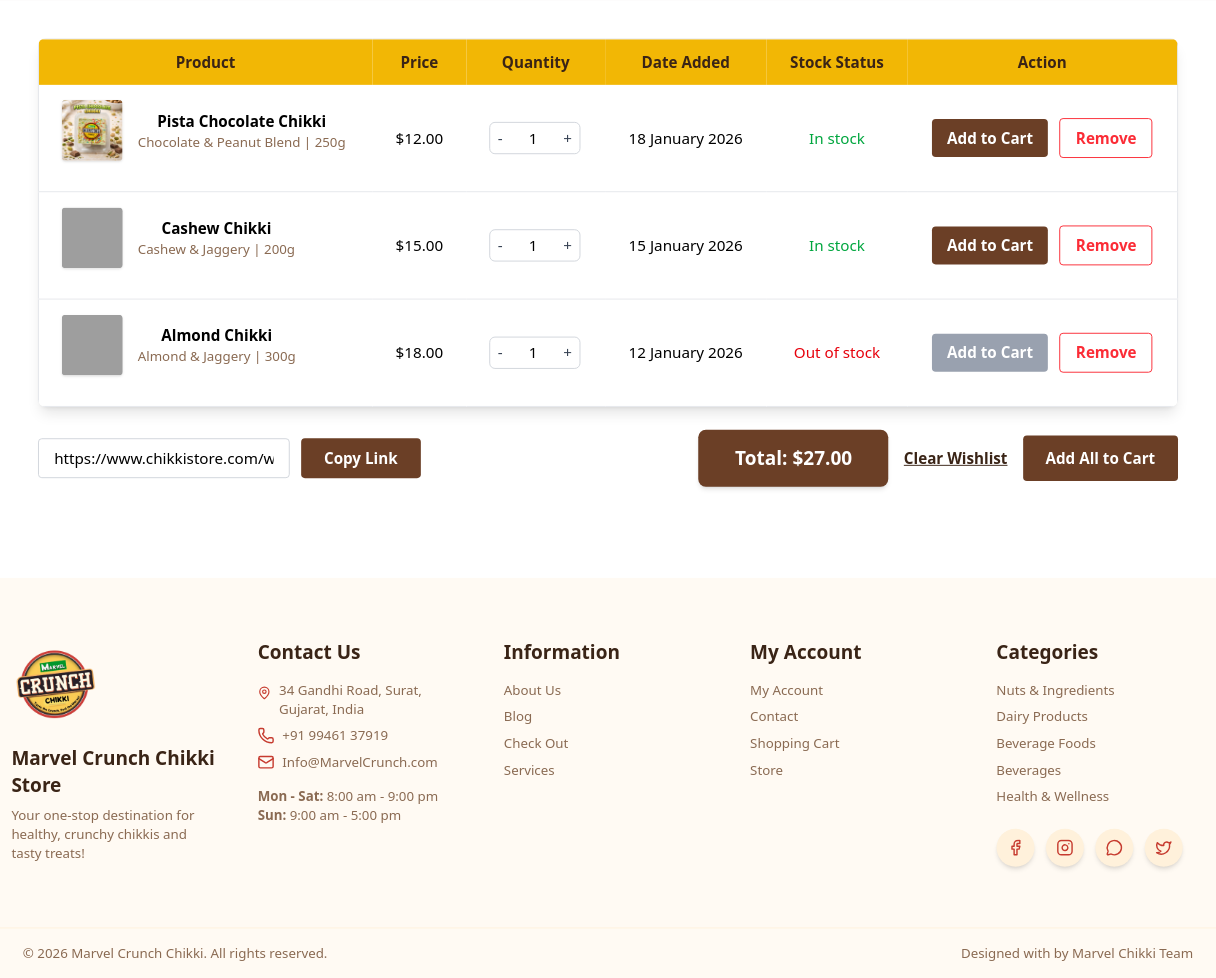
Repository: sita7411/sweet-website-frontend
Page: /wishlist (app in customer-website/)
The author's editor kept a copy of each file at every save. The page is drawn from the files as they stood at one save, then again after the next save.
The browser window is 1280 px wide. The pictures show the part of the page from y = 494 to 1523 px (the page is 1523 px tall), at 95% of full size.
Pictures or frames that could not be fetched are drawn as grey boxes. The project was rebuilt for these pictures with package versions that can differ from the ones it lists, and the page was loaded fresh each time. Also part of the build but not shown: customer-website/vite.config.js, customer-website/src/components/Herosection/Herosection.jsx, customer-website/src/components/FeaturesSection/FeaturesSection.jsx, customer-website/src/components/PopularItems/PopularItems.jsx, customer-website/src/components/AboutUs/AboutUs.jsx, customer-website/src/components/BestsellerSection/BestsellerSection.jsx, customer-website/src/components/OfferSection/OfferSection.jsx, customer-website/src/components/TestimonialsSection/TestimonialsSection.jsx and 6 more.

Above is the page before, as saved 2026-01-02 10:44:39.

After the next save:
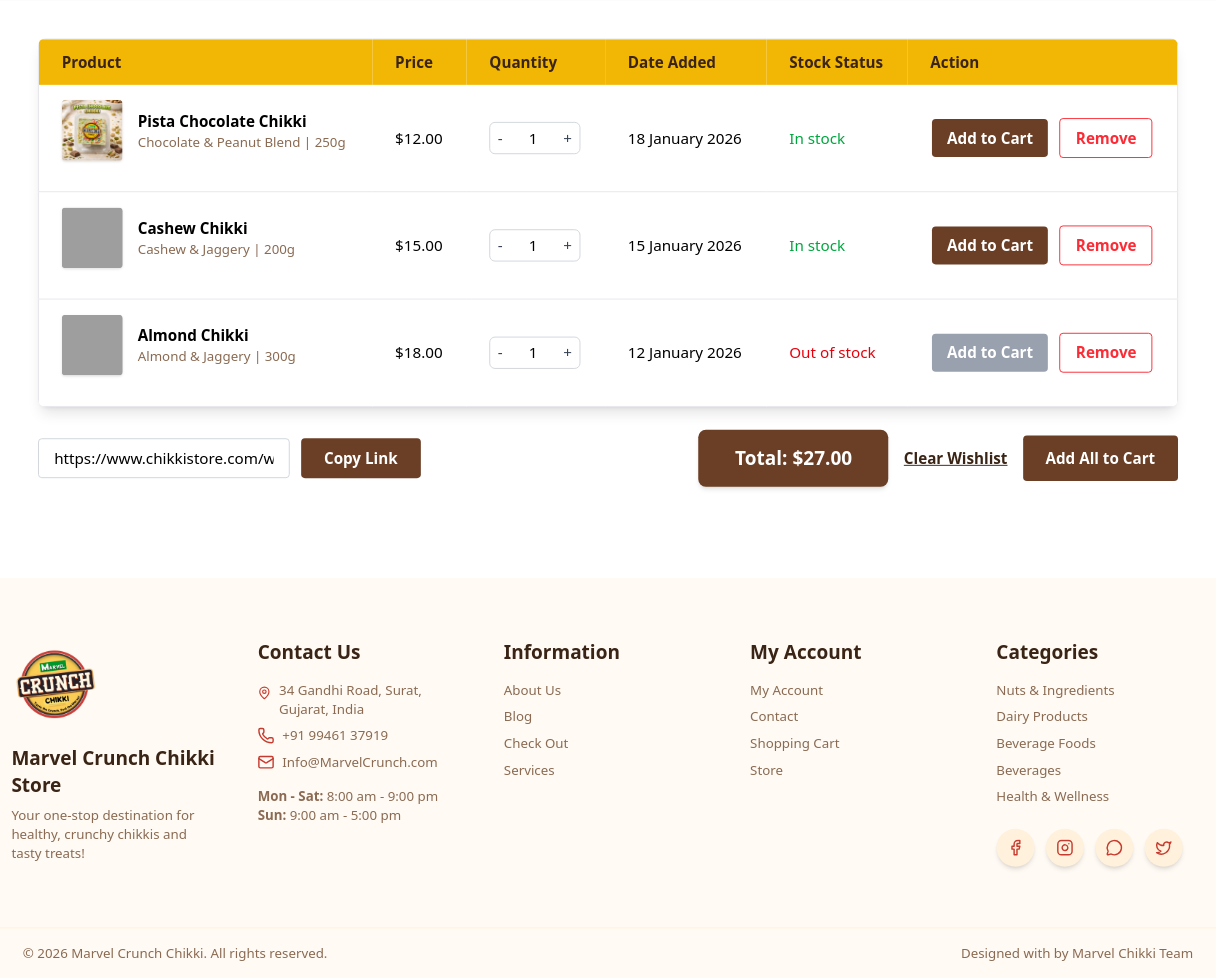
Saved 18 s later.
--- a/customer-website/src/pages/Wishlist.jsx
+++ b/customer-website/src/pages/Wishlist.jsx
@@ -249,7 +249,7 @@
 
                         {/* Desktop Table View */}
                         <div className="hidden lg:block overflow-x-auto shadow-lg rounded-lg">
-                            <table className="w-full min-w-[700px] text-center border border-gray-200">
+                            <table className="w-full min-w-[700px] text-left border border-gray-200">
                                 <thead className="bg-[var(--accent)] text-[var(--text-main)]">
                                     <tr>
                                         <th className="py-3 px-6">Product</th>
